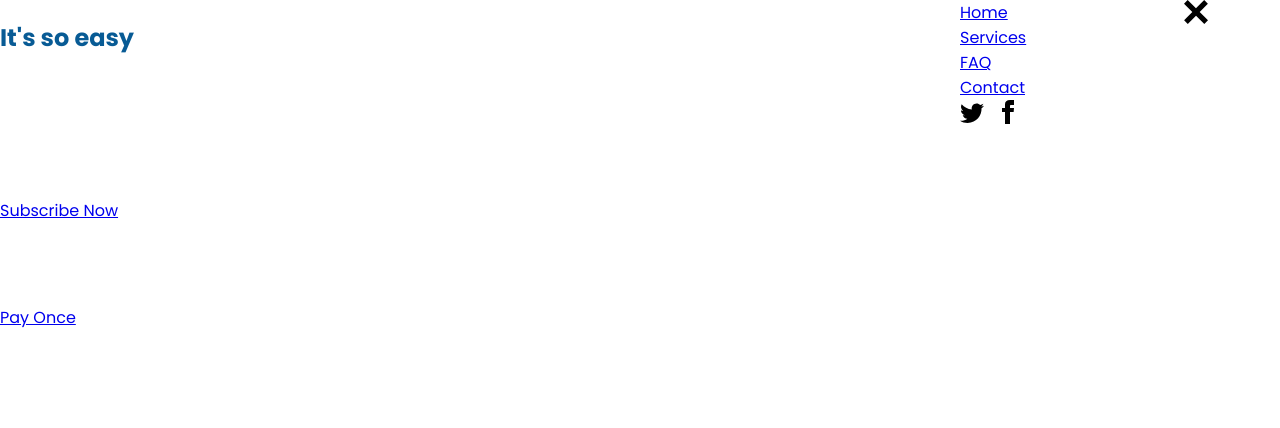
Repository: Hyperion72R/Animated-Navigation
Page: index.html
The author's editor kept a copy of each file at every save. The page is drawn from the files as they stood at one save, then again after the next save.
The browser window is 1280 px wide. The pictures show the whole page.
The style sheet was rebuilt from its Sass, Less or Tailwind sources for each picture, by a compiler version that may differ from the author's.

Above is the page before, as saved 2021-08-22 14:51:50.

### index.html
<!DOCTYPE html>
<html lang="en">
  <head>
    <meta charset="UTF-8" />
    <meta http-equiv="X-UA-Compatible" content="IE=edge" />
    <meta name="viewport" content="width=device-width, initial-scale=1.0" />
    <title>Document</title>
    <link rel="stylesheet" href="css/main.css" />
  </head>
  <body>
    <header>
      <a href="#" class="logo">awesomeservice</a>

      <nav>
        <ul>
          <li><a href="#">Home</a></li>
          <li><a href="#">Services</a></li>
          <li><a href="#">FAQ</a></li>
          <li class="active"><a href="#">Become a member</a></li>
        </ul>
      </nav>
    </header>

    <section>
      <h1>Go Big or Go Home</h1>
    </section>

    <div class="overlay">
      <div class="left">
        <h2>It's so easy</h2>
        <p>You've got two options!</p>

        <div class="cards">
          <div class="card">
            <strong>Subscribe for $9 per month</strong>
            <p>
              Lorem ipsum dolor, sit amet consectetur adipisicing elit. Lorem
              ipsum dolor sit.
            </p>
            <a href="#" class="cta">Subscribe Now</a>
          </div>

          <div class="card">
            <strong>Pay $99 Once</strong>
            <p>
              Ratione quisquam, nesciunt corrupti magni quis tempora veritatis
              laudantium ex
            </p>
            <a href="#" class="cta pay-once">Pay Once</a>
          </div>
        </div>
      </div>

      <div class="middle">
        <ul class="secondary">
          <li><a href="#">Home</a></li>
          <li><a href="#">Services</a></li>
          <li><a href="#">FAQ</a></li>
          <li><a href="#">Contact</a></li>
        </ul>

        <div class="social-nav">
          <a href="" class="twitter"
            ><svg
              xmlns="http://www.w3.org/2000/svg"
              width="32"
              height="32"
              viewBox="0 -1.15 32 32"
            >
              <path
                d="M24 4.557c-.883.392-1.832.656-2.828.775 1.017-.609 1.798-1.574 2.165-2.724-.951.564-2.005.974-3.127 1.195-.897-.957-2.178-1.555-3.594-1.555-3.179 0-5.515 2.966-4.797 6.045-4.091-.205-7.719-2.165-10.148-5.144-1.29 2.213-.669 5.108 1.523 6.574-.806-.026-1.566-.247-2.229-.616-.054 2.281 1.581 4.415 3.949 4.89-.693.188-1.452.232-2.224.084.626 1.956 2.444 3.379 4.6 3.419-2.07 1.623-4.678 2.348-7.29 2.04 2.179 1.397 4.768 2.212 7.548 2.212 9.142 0 14.307-7.721 13.995-14.646.962-.695 1.797-1.562 2.457-2.549z"
              /></svg
          ></a>
          <a href="" class="facebook"
            ><svg
              xmlns="http://www.w3.org/2000/svg"
              width="32"
              height="32"
              viewBox="0 0 32 32"
            >
              <path
                d="M9 8h-3v4h3v12h5v-12h3.642l.358-4h-4v-1.667c0-.955.192-1.333 1.115-1.333h2.885v-5h-3.808c-3.596 0-5.192 1.583-5.192 4.615v3.385z"
              /></svg
          ></a>
        </div>
      </div>

      <div class="right">
        <svg
          class="exit"
          xmlns="http://www.w3.org/2000/svg"
          width="58"
          height="58"
          viewBox="0 0 58 58"
        >
          <path
            d="M24 20.188l-8.315-8.209 8.2-8.282-3.697-3.697-8.212 8.318-8.31-8.203-3.666 3.666 8.321 8.24-8.206 8.313 3.666 3.666 8.237-8.318 8.285 8.203z"
          />
        </svg>
      </div>
    </div>
  </body>
</html>

### css/main.scss
@import url("https://fonts.googleapis.com/css2?family=Poppins:ital,wght@0,400;0,500;0,600;0,700;0,800;0,900;1,400;1,500;1,600;1,700;1,800;1,900&display=swap");

*,
*:before,
*::after {
  box-sizing: border-box;
}

body::after {
  content: "";
  display: block;
  width: 100%;
  //   height: 108%;
  height: 100%;
  //   background-color: rgba(51, 51, 51, 0.5);
  background: rgba(38, 73, 91, 0.8);

  position: absolute;
  top: 0;
  left: 0;
  right: 0;
  bottom: 0;
  z-index: -10;
}

body {
  height: 100vh;
  //   background: #8000ff url("../assets/images/bg.jpg");
  //   background: linear-gradient(rgba(4, 230, 168, 0.8), rgba(44, 189, 230, 0.8)),
  //     url("../assets/images/bg.jpg");
  background: url("../assets/images/bg.jpg");
  //   object-fit: scale-down;
  background-size: cover;
  color: white;
  font-family: "Poppins";
  margin: 0;
  //   background-position: center;
  //   padding: 0;
  //   overflow: hidden;
  background-repeat: no-repeat;
}

ul {
  list-style-type: none;
  margin: 0;
  padding: 0;
}

section,
header {
  width: 70%;
  margin: 0 auto;
}

// .social-nav,
// .right {
//   display: none;
// }

header {
  display: flex;
  justify-content: space-between;
  align-items: center;

  a {
    color: white;
    text-decoration: none;
    padding: 2em;
  }

  a.logo {
    font-weight: bold;
    font-size: 1.25rem;
    padding: 0;
  }

  nav ul {
    display: flex;

    a {
      padding: 2.5em 1.5em;
      display: block;
    }

    li.active a {
      font-weight: bold;
      background: white;
      color: black;
      margin-left: 2em;
      padding: 2.5em;
    }
  }
}

h1 {
  font-size: 4rem;
  width: 40%;
  line-height: 5rem;
  // margin-left: 1.2em;
  margin-left: 2em;
  margin-top: 2.8em;
  // margin-top: 1.4em;
}

//  Overlay

.overlay {
  position: fixed;
  height: 100vh;
  background: white;
  top: 0;
  left: 0;
  width: 100%;
  display: grid;
  grid-template-columns: 75% auto 6em;
}

.left,
.right,
.middle {
  height: 100vh;
}

h2 {
  color: #085b95;
}

.left {
}

After the next save:
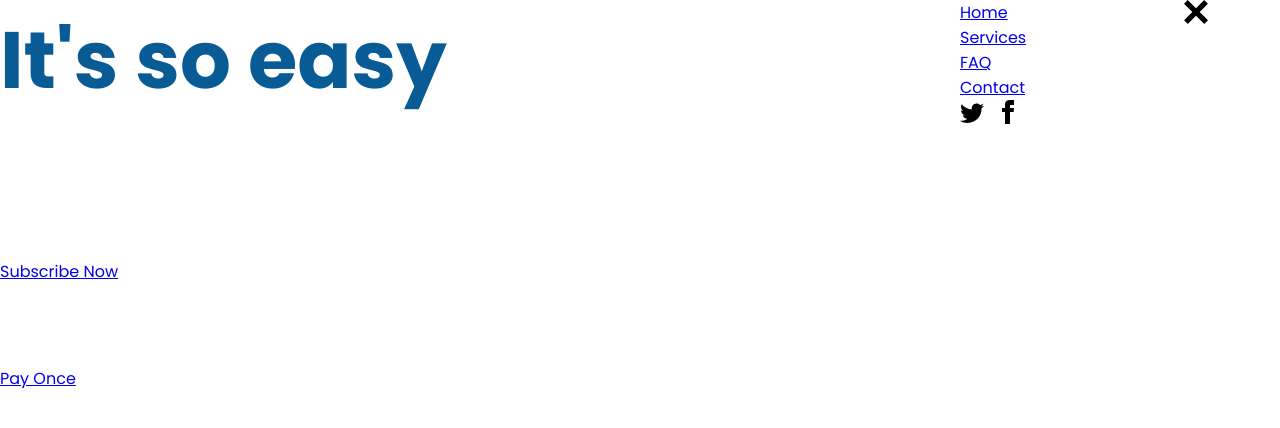
Saved 22 s later.
--- a/css/main.scss
+++ b/css/main.scss
@@ -123,6 +123,8 @@ h1 {
 
 h2 {
   color: #085b95;
+  font-size: 5rem;
+  margin: 0;
 }
 
 .left {
